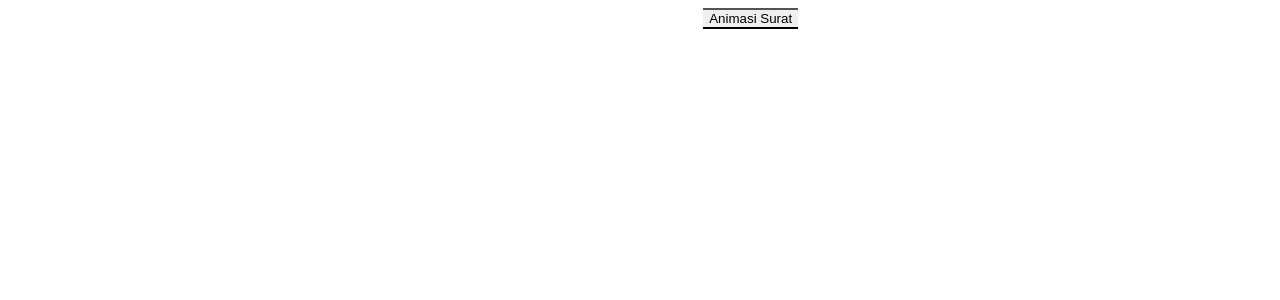
Repository: Irantsitumorang/projectRepo1
Page: BelajarJS/LatihanHTML/WebContent/suratj.html
An editor plug-in stored every save of this project. The page is shown before and after the next save, followed by the edit.
The browser window is 1280 px wide. The pictures show the whole page.

Above is the page before, as saved 2021-07-01 10:21:54.

After the next save:
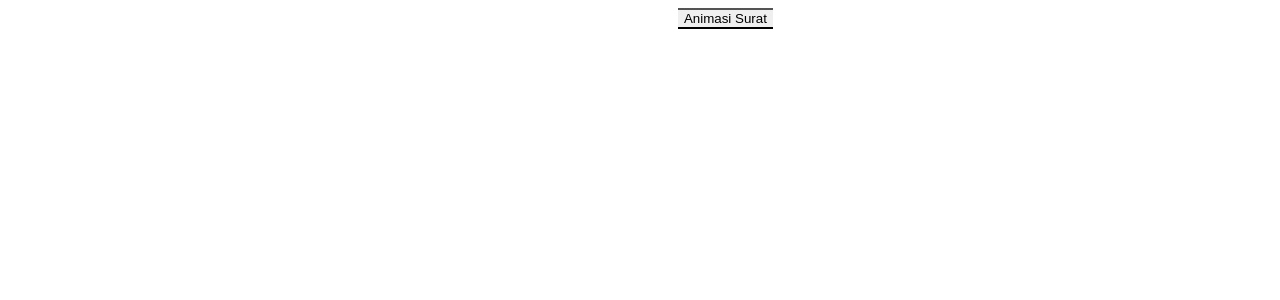
Saved 12 s later.
--- a/BelajarJS/LatihanHTML/WebContent/suratj.html
+++ b/BelajarJS/LatihanHTML/WebContent/suratj.html
@@ -10,7 +10,7 @@
     <style>
 
 	#bg{
-	margin-left: 55%;
+	margin-left: 53%;
 	border-left: 20px;
 	border-right: 20px;
 	}
